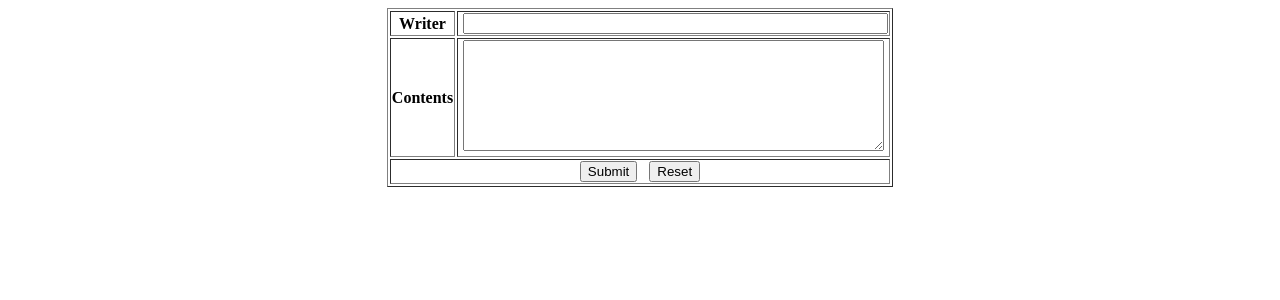
Repository: tomaters/servlets-JSP
Page: jsptest/src/main/webapp/bbs/write.html
An editor plug-in stored every save of this project. The page is shown before and after the next save, followed by the edit.
The browser window is 1280 px wide. The pictures show the whole page.

Above is the page before, as saved 2023-11-29 05:28:48.

After the next save:
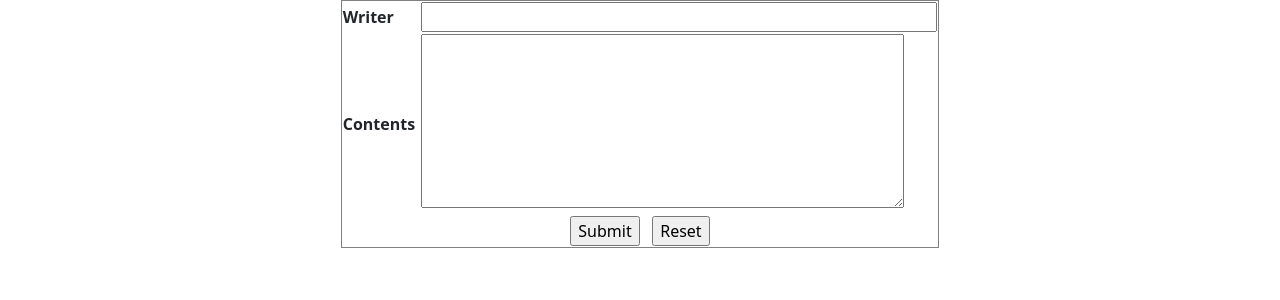
Saved 13 min 26 s later.
--- a/jsptest/src/main/webapp/bbs/write.html
+++ b/jsptest/src/main/webapp/bbs/write.html
@@ -3,6 +3,9 @@
 <head>
 <meta charset="UTF-8">
 <title>Insert title here</title>
+ <!-- import Bootstrap -->
+    <link href="https://cdn.jsdelivr.net/npm/bootstrap@5.3.2/dist/css/bootstrap.min.css" rel="stylesheet">
+    <script src="https://cdn.jsdelivr.net/npm/bootstrap@5.3.2/dist/js/bootstrap.bundle.min.js"></script>
 </head>
 <body>
 <form method="post" action="/jsptest/visit">
